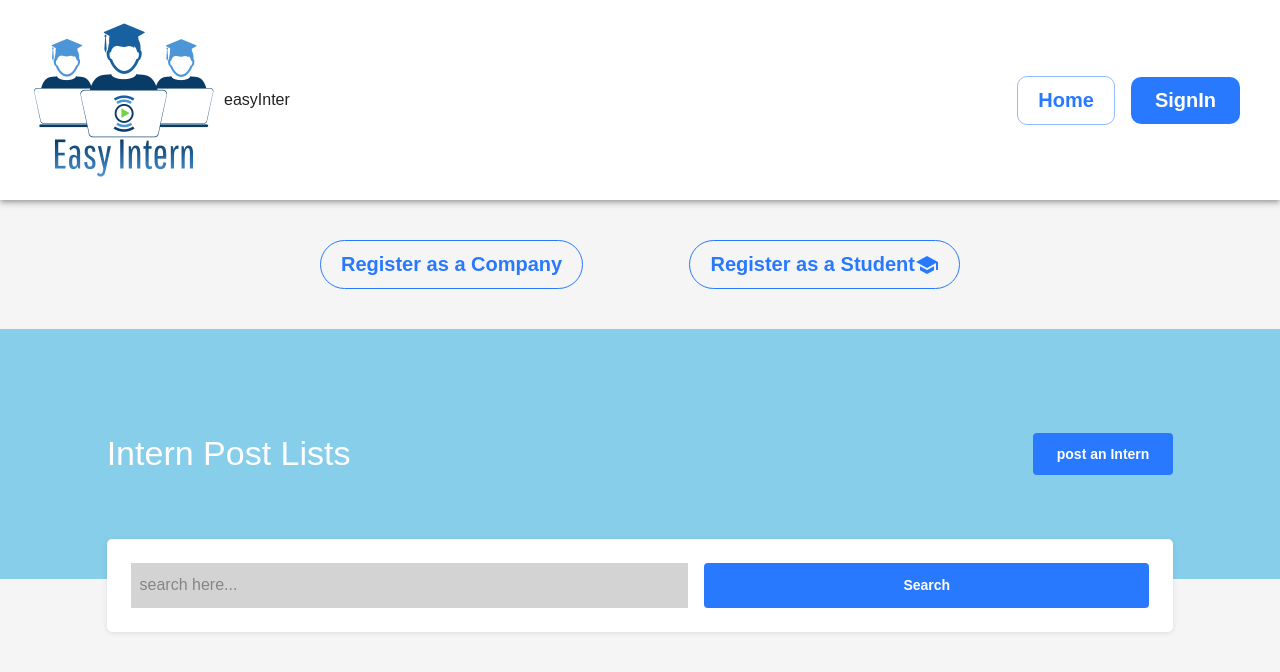
Repository: prasidha/EasyIntern
Page: /
The author's editor kept a copy of each file at every save. The page is drawn from the files as they stood at one save, then again after the next save.
The browser window is 1280 px wide. The pictures show the whole page.
The page's requests for data from a server got no answer. The project was rebuilt for these pictures with package versions that can differ from the ones it lists, and the page was loaded fresh each time. No one was signed in, and anything a server would have sent is missing. Also part of the build but not shown: src/component/Job/JobCard.js.

Above is the page before, as saved 2021-01-10 11:20:33.

### src/index.js
import React from 'react';
import ReactDOM from 'react-dom';
import './index.css';
import App from './App';
// import Test from './component/Test'

ReactDOM.render(

  <React.StrictMode>
    <App/>
  </React.StrictMode>
  ,
  document.getElementById('root')
);

### src/App.js
import React, { useEffect ,useState } from 'react'
import {BrowserRouter as Router, Switch ,Route} from 'react-router-dom'
import {AuthProvider} from './context/AuthContext'

import Home from './Home'

function App() {

  return (

    <AuthProvider>
    <div className="App">
     <Router>
           <Switch>

             <Route exact path="/" component={Home} />


           </Switch>
     </Router>
     </div>
     </AuthProvider>

  )
}

export default App

### src/context/AuthContext.js

import React, { createContext, useState, useEffect, useContext } from 'react'
import { auth } from '../firebase'

const AuthContext = createContext()

export function useAuth (){
    return  useContext(AuthContext)
}

export function AuthProvider({children}) {
    const[currentUser,setCurrentUser]=useState('')
    const [userData,setUserData] = useState()
    const[isLoggedIn,setIsLoggedIn]=useState(false)
    const [getData,setGetData]=useState([]);


    const value={
        currentUser,
        companySignUp,
        studentSignUp,
        login,
        logOut,
        userData,
        setUserData,
        getData,
        setGetData,
        setIsLoggedIn,

    }

    function studentSignUp(email,password){
        return auth.createUserWithEmailAndPassword(email,password)
    }

    function companySignUp(email,password){
        return auth.createUserWithEmailAndPassword(email,password)
    }

    function login(email,password){
         return auth.signInWithEmailAndPassword(email,password)
    }

 function logOut(currentUser){
        if(currentUser){
            auth.signOut()

        }

    }
    useEffect(() => {
    auth.onAuthStateChanged(user =>{
        console.log(user,"user")
           if(user){
            // setIsLoggedIn(true)
            setCurrentUser(user)
           }
           else{
            //    setIsLoggedIn(false)
               setCurrentUser(null)

           }

       })

    }, [])

    return (
       <AuthContext.Provider value={value}>
       {children}
       </AuthContext.Provider>
    )
}

### src/Home.js
import React ,{ useState ,useEffect } from "react";
import { Box,Button,CircularProgress,Grid,ThemeProvider } from "@material-ui/core";
import theme from './theme/theme'
import Header from './component/Header'
import Search from './component/Search'
import JobCard from "./component/Job/JobCard";
import Navbar from './component/Navbar'
import JobModal from './component/Job/JobModal'
// import data from './dummyData'
import {db} from './firebase'
import CloseIcon from '@material-ui/icons/Close';
import SchoolIcon from '@material-ui/icons/School';

export default () => {

    const [modal,setModal]= useState(false)
    const [data,setData] = useState([])
    const [loading, setLoading] = useState(true)
    const [customSearch, setCustomSearch] = useState(false)
    const [search, setSearch] = useState('')

    const fetchData = async() => {
      setCustomSearch(false)
    setLoading(true)
    const req = await db.collection("internData").orderBy("postedOn","desc").get()
    const temp = req.docs.map(job =>({
      ...job.data(),
      id:job.id,
      postedOn:job.data().postedOn.toString()

    }))
    setData(temp);
    setLoading(false);
    setSearch("")

   }

   useEffect(() => {
    fetchData();
   }, [])

  const postIntern = async (internDetails) => {
   await db.collection("internData").add({
     ...internDetails,
     postedOn:Date.now(),
   })
   fetchData()
  }

  const searchIntern = async(search) => {
    setLoading(true)
    setCustomSearch(true)
    const req = await db
                .collection("internData")
                .orderBy("postedOn","desc")
                .where(  "title","==" ,search)
                .get()
    const temp = req.docs.map(job =>({
      ...job.data(),
      id:job.id,
      postedOn:job.data().postedOn.toString()

    }))
    setData(temp);
    setLoading(false);


  }


  return <ThemeProvider theme={theme}>
  <Navbar/>
  <Box width="50%" display="flex" justifyContent="space-between" margin="auto" py={5} >
  <Button  disableElevation variant="outlined" style={{fontSize :'20px'}}>
  Register as a Company
 </Button>
 <Button disableElevation  variant="outlined" style={{fontSize :'20px'}}>
 Register as a Student <SchoolIcon/>
 </Button>
  </Box>
  <Header openModal={()=>setModal(true)}/>
  <JobModal closeModal={()=>setModal(false)} modal={modal} postIntern={postIntern}/>
  <Grid container justify="center">
  <Grid item xs={10}>
  <Search searchIntern={searchIntern} search={search} setSearch={setSearch}/>

  {
    loading ?
   ( <Box display="flex" justifyContent="center"><CircularProgress/></Box>)
    :
    (
    <>
    {customSearch && <Box my={2} display="flex" justifyContent="flex-end"><Button onClick={fetchData}><CloseIcon/> custom Search</Button></Box>}
{      data.map(d =><JobCard key={d} {...d}/>)}

     </>
    )
  }



  </Grid>
  </Grid>
  </ThemeProvider>;
};

### src/firebase.js
// For Firebase JS SDK v7.20.0 and later, measurementId is optional
import firebase from 'firebase'
const firebaseConfig = {
    apiKey: "AIzaSyD6snM4A7EHGumvahMdfXKJOSKutgA754I",
    authDomain: "easyintern-f758a.firebaseapp.com",
    databaseURL: "https://easyintern-f758a.firebaseio.com",
    projectId: "easyintern-f758a",
    storageBucket: "easyintern-f758a.appspot.com",
    messagingSenderId: "585855924823",
    appId: "1:585855924823:web:746910035c455fb8898112",
    measurementId: "G-0VYXHN8RCW"
  };


  const firebaseApp = firebase.initializeApp(firebaseConfig);
  const auth =firebase.auth()
  const db = firebaseApp.firestore();
  export {db ,auth} ;


 export function userInfo(uid){
   return db.collection("userdata").doc(uid).get()
 }

### src/theme/theme.js
import { createMuiTheme } from "@material-ui/core";

const primary = "#87ceeb";
const secondary = "#2979ff";

export default createMuiTheme({
  typography: {
    fontFamily: "Poppins, sans-serif",
  },
  palette: {
    primary: {
      main: primary,
    },
    secondary: {
      main: secondary,
    },
  },
  overrides: {
    MuiDialogActions: {
      root: {
        padding: "8px 24px 16px 24px",
      },
    },
    MuiButton: {
      root: {
        fontWeight: 600,
        textTransform: "none",
        color: secondary,
        padding: "6px 24px",
      },
      outlined: {
        borderRadius: "35px",
        borderColor: secondary,
        padding: "6px 20px",
      },
    },
    MuiSelect: {
      filled: {
        padding: "15px 0 15px 15px",
      },
    },
    MuiFilledInput: {
      input: {
        height: "49px",
        padding: "0px 0 0 10px",
      },
    },
  },
});

### src/component/Header.js
import React from 'react'
import {Box ,Typography ,Grid ,Button} from '@material-ui/core'
function Header(props) {
    return (
        <Box bgcolor="primary.main" py={13} color="white">
           <Grid container justify="center">
                <Grid item xs={10}>
                    <Box display="flex" justifyContent="space-between">
                        <Typography variant="h4">
                        Intern Post Lists
                        </Typography>
                        <Button variant="contained" color="secondary" disableElevation onClick={props.openModal}>post an Intern</Button>
                    </Box>
                </Grid>
           </Grid>
        </Box>
    )
}

export default Header

### src/component/Search.js
import { Box, Button, CircularProgress, MenuItem, Select } from '@material-ui/core'
import React ,{ useState }from 'react'
import {makeStyles ,Input} from '@material-ui/core'


const useStyles = makeStyles({
 wrapper:{
   backgroundColor:'white',
   display:'flex',
   boxShadow:'0px 1px 5px rgba(0,0,0,0.1)',
   borderRadius:'5px ',
   "& > *" :{
    flex:"auto ",
    height:'45px',
    margin:'8px',

   },

 },
 input:{
     backgroundColor:'lightgrey'
 }
})

function Search(props) {
    const classes = useStyles()
    const[loading,setLoading] =useState(false)



    const onSearch = async() => {
        setLoading(true)
        await props.searchIntern(props.search)
        setLoading(false)
    }

    return (
        <Box className={classes.wrapper} mt={-5} mb={4} p={2}>
           <Input name="search" value={props.search} onChange={(e)=>props.setSearch(e.target.value)} color="secondary" disableUnderline placeholder="  search here..." className={classes.input}/>
            <Button variant="contained" disabled={loading} color="secondary" disableElevation onClick={onSearch}>
          {  loading ? <CircularProgress/>:
            "  Search"}
            </Button>
        </Box>
    )
}

export default Search

### src/component/Navbar.js
import React from 'react';
import { makeStyles } from '@material-ui/core/styles';
import AppBar from '@material-ui/core/AppBar';
import Toolbar from '@material-ui/core/Toolbar';
import Typography from '@material-ui/core/Typography';
import Button from '@material-ui/core/Button';
import IconButton from '@material-ui/core/IconButton';
import {Box} from '@material-ui/core';
import { Link ,Router,  useHistory } from 'react-router-dom'
import images from '../images/easyintern.png'

const useStyles = makeStyles((theme) => ({
  root: {
    flexGrow: 1,
  },
  menuButton: {
    marginRight: theme.spacing(2),
    borderRadius:'10px',
    fontSize:'20px',
  },
  title: {
    flexGrow: 1,
  },
  img:{

  },
}));

export default function ButtonAppBar() {
  const classes = useStyles();
  const history =useHistory();

  return (
    <div className={classes.root}>
      <AppBar position="static" color="secondary.main">
        <Toolbar>
        <img src={images} alt="img" className={classes.img} onClick={() => history.push("/")}/>
        <Typography className={classes.title}>easyInter</Typography>
        <Button variant="outlined" disableElevation className={classes.menuButton} color="secondary">Home</Button>
        <Button variant="contained" disableElevation className={classes.menuButton} color="secondary">SignIn</Button>

        </Toolbar>
      </AppBar>
    </div>
  );
}

### src/component/Job/JobModal.js
import React, { useState } from 'react'
import CloseIcon from '@material-ui/icons/Close';
import
{
  Dialog ,
  DialogTitle ,
  DialogContent,
  DialogActions,
  Grid,
  FilledInput,
  Select,
  MenuItem ,
  makeStyles,
  Box,
  Typography,
  IconButton,
  Button,
  CircularProgress,
}
from '@material-ui/core'

const useStyles =makeStyles( theme => ({
    skill:{
        backgroundColor:"darkslategrey",
        color:'white',
        padding:theme.spacing(0.75),
        margin:theme.spacing(0.80),
        borderRadius:'5px',
        fontWeight:'500',
        "&:hover":{
            color:'white',
            backgroundColor:theme.palette.primary.main,
            transition:'.3s',
            cursor:'pointer'
        },
       } ,
       included:{
        color:'white',
        backgroundColor:theme.palette.primary.main,
        cursor:'pointer'
    },
}))
function JobModal(props) {
    const skills=["JavaScript","Node","Python","MongoDB","Vue","firebase"];
    const classes = useStyles();
    const [loading,setLoading] =useState(false)
    const[error,setError] =useState('')
    const initialState={
        title:'',
        category:'Web design',
        deadline:'',
        companyName:'',
        link:'',
        url:'',
        description:'',
        skills:[],
    }
   const [internDetails, setInternDetails] = useState(initialState)

   const handleChange = (event) => {
       event.persist()
      setInternDetails(prev => ({
          ...prev,
          [event.target.name]:event.target.value,
      }))

   }

   const addRemove = (skill) => {
        internDetails.skills.includes(skill) ?
        //remove
        setInternDetails((prev)=> ({
            ...prev,
            skills:prev.skills.filter(s => s!== skill )
        }))
        :
        //add
        setInternDetails((prev)=>({
            ...prev,
            skills:prev.skills.concat(skill)
        }))

   }
   const handleSubmit = async() => {
    for (const feild in internDetails){
        if(!internDetails[feild])return setError("fields should not be empty")
    }
    if(!internDetails.skills.length) return setError("skills is required")

       setLoading(true);
      await props.postIntern(internDetails);
       setLoading(false);
       props.closeModal()

   }

   const onCloseModal =()=> {
        setError("")
        setInternDetails(initialState)
        setLoading(false)
        props.closeModal()

   }
    return (
       <Dialog open={props.modal}fullWidth>

            <DialogTitle>
                <Box display="flex" justifyContent="space-between" alignItems="center">
                <Typography>post intern</Typography>
                {error && <h4 style={{color:'red'}}>{error}</h4>}
                <IconButton onClick={onCloseModal}><CloseIcon/></IconButton>
                </Box>
            </DialogTitle>

            <DialogContent>
                <Grid container spacing={2}>
                    <Grid item xs={6}>
                        <FilledInput
                        name="title"
                        value={internDetails.title}
                        onChange={handleChange}
                        disableUnderline
                        placeholder="intern Title"
                        fullWidth/>
                    </Grid>

                    <Grid item xs={6}>
                        <Select
                        name="category"
                        onChange={handleChange}
                        value={internDetails.category}
                        fullWidth variant="filled"
                        disableUnderline>

                            <MenuItem value="Web design">Web design</MenuItem>
                            <MenuItem value="Android">Android</MenuItem>
                            <MenuItem value="sth">sth</MenuItem>
                            <MenuItem value="sth1">sth1</MenuItem>
                        </Select>
                    </Grid>

                    <Grid item xs={6}>
                        <FilledInput
                        name="deadline"
                        onChange={handleChange}
                        value={internDetails.deadline}
                        disableUnderline
                        placeholder="Deadline"
                        type="Date"
                        fullWidth/>
                    </Grid>

                    <Grid item xs={6}>
                        <FilledInput
                        name="companyName"
                        onChange={handleChange}
                        value={internDetails.companyName}
                        disableUnderline
                        placeholder="Company Name"
                        fullWidth/>
                    </Grid>

                    <Grid item xs={12}>
                    <FilledInput
                        name="link"
                        onChange={handleChange}
                        value={internDetails.link}
                        disableUnderline
                        placeholder="Intern Apply Link"
                        fullWidth
                        />
                   </Grid>

                    <Grid item xs={12}>
                        <FilledInput
                            name="url"
                            onChange={handleChange}
                            value={internDetails.url}
                            disableUnderline
                            placeholder="company url"
                            fullWidth/>
                    </Grid>

                    <Grid item xs={12}>
                    <FilledInput
                        name="description"
                        onChange={handleChange}
                        value={internDetails.description}
                        disableUnderline
                        placeholder="Company Description"
                        fullWidth
                        multiline
                        rows={4}
                    />
                    </Grid>

                    <Box>
                      <Typography>
                      Skills
                      </Typography>

                      <Box display="flex">{skills.map(skill =>
                        <Box onClick={()=>addRemove(skill)} key={skill} className={`${classes.skill} ${internDetails.skills.includes(skill) && classes.included}`}> {skill}</Box>
                        )}

                        </Box>

                    </Box>

                        <Box
                            width="100%"
                            display="flex"
                            color="red"
                            justifyContent="space-between"
                            alignItems="center"
                            mb={2}>
                        <Typography>required feilds</Typography>
                        <Button variant="contained" color='secondary' disableUnderline onClick={handleSubmit} disabled={loading}>
                       { loading ? <CircularProgress/> : "post" }
                        </Button>
                        </Box>
                   {internDetails.title ,internDetails.description,internDetails.url,internDetails.link}

                </Grid>
            </DialogContent>

       </Dialog>
    )
}

export default JobModal

Loaded but not shown: public/index.html (common file); src/index.css (common file)

After the next save:
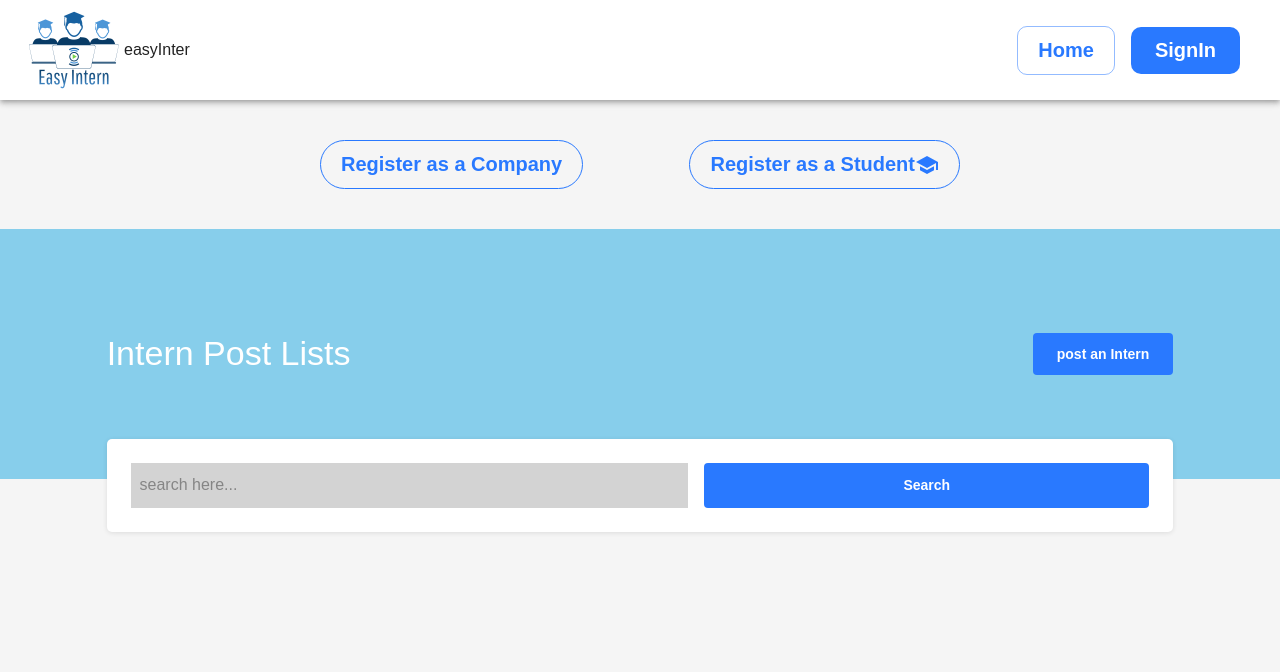
Saved 7 s later.
--- a/src/component/Navbar.js
+++ b/src/component/Navbar.js
@@ -22,7 +22,7 @@
     flexGrow: 1,
   },
   img:{
-
+        width:'100px'
   },
 }));
 
